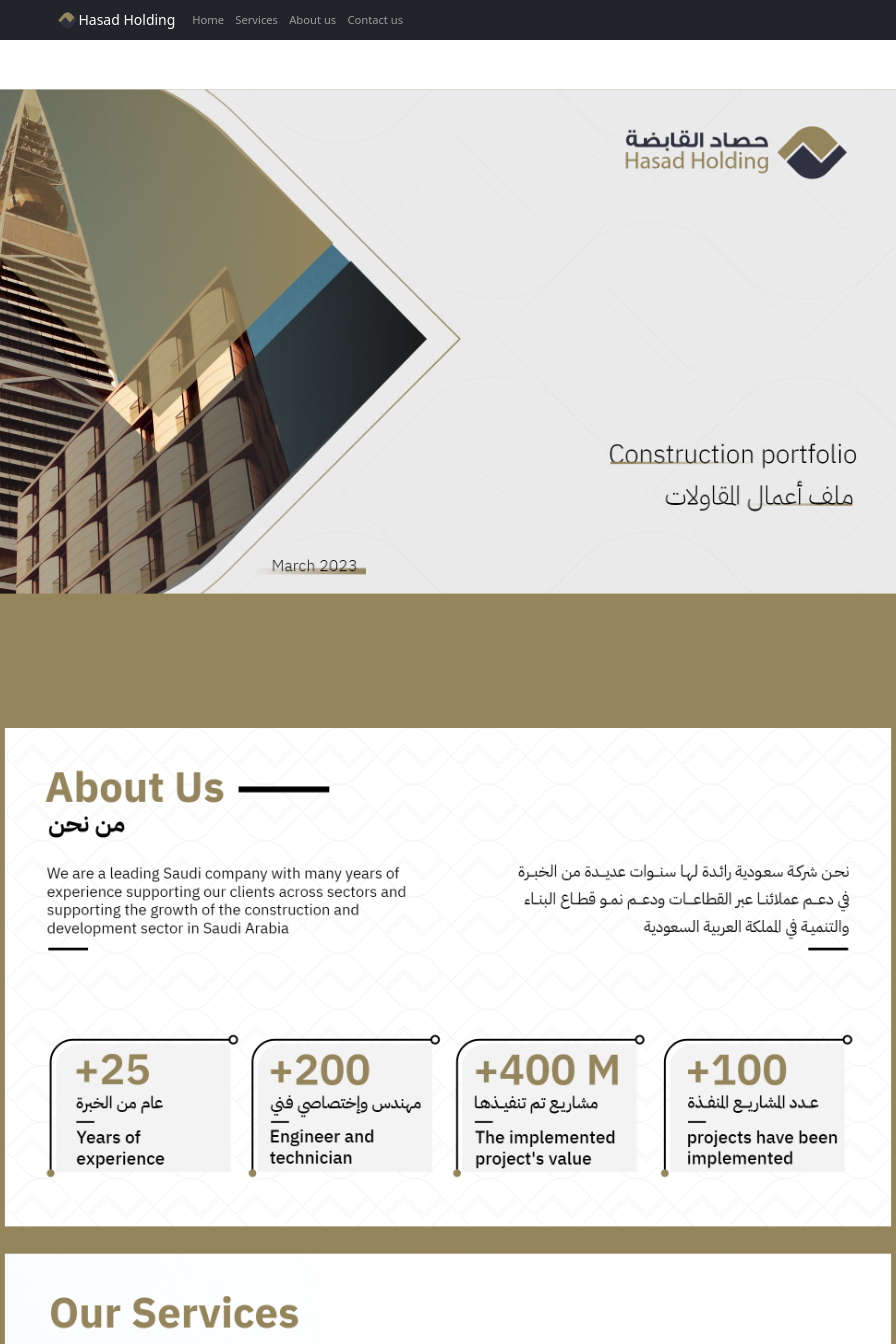
Repository: shahzaibrehman123/hasad-holding
Page: /
The author's editor kept a copy of each file at every save. The page is drawn from the files as they stood at one save, then again after the next save.
The browser window is 1280 px wide. The pictures show the part of the page from y = 0 to 1920 px (the page is 5559 px tall before and 5623 px after), at 70% of full size.
The project was rebuilt for these pictures with package versions that can differ from the ones it lists, and the page was loaded fresh each time.

Above is the page before, as saved 2023-11-07 18:40:28.

After the next save:
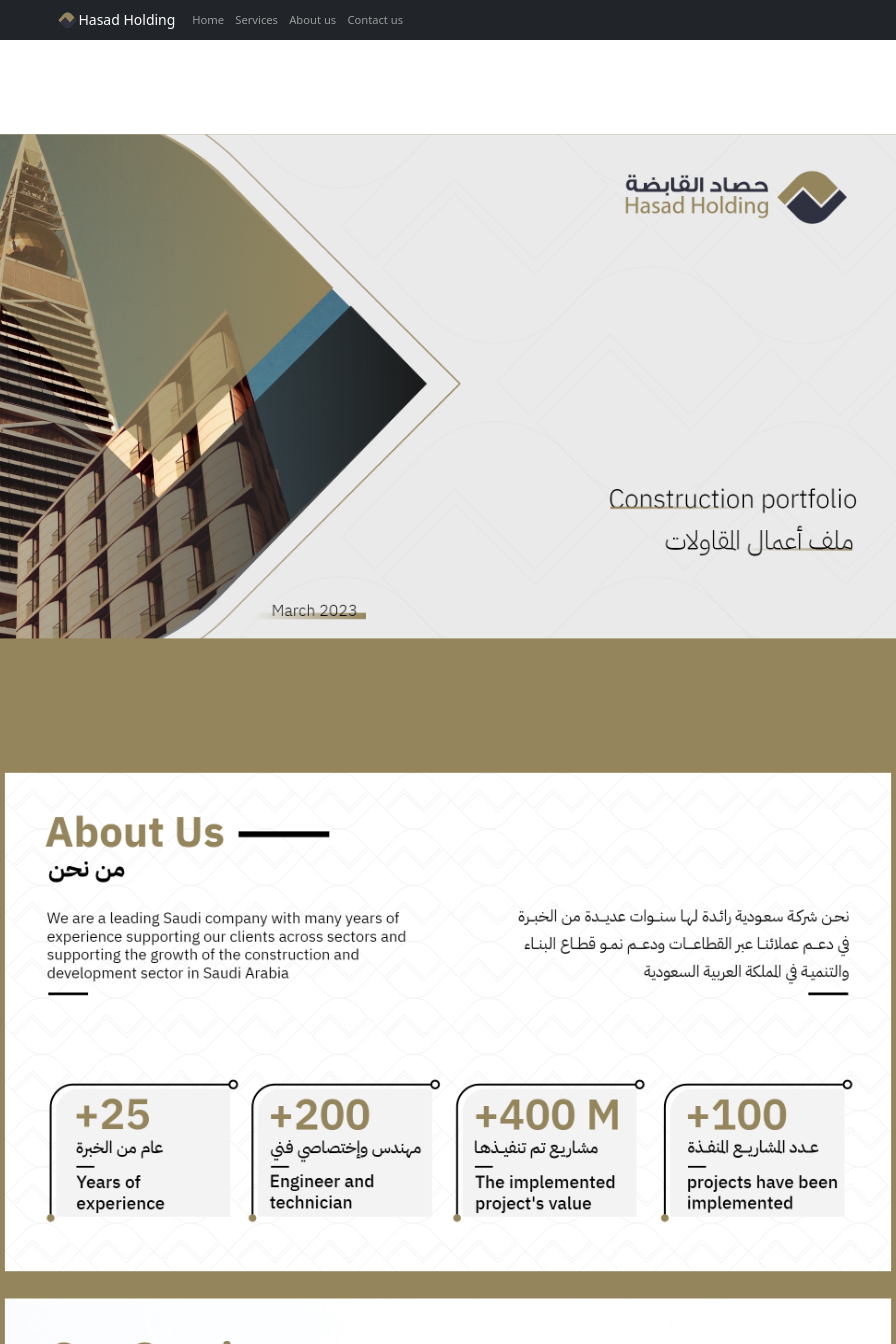
Saved 5 s later.
--- a/src/components/MainPage/style.css
+++ b/src/components/MainPage/style.css
@@ -1,5 +1,5 @@
 .main-container{
-    margin:10% 0px 15% 0px;
+    margin:15% 0px 15% 0px;
     height: 100vh;
 }
 .img-responsive {
